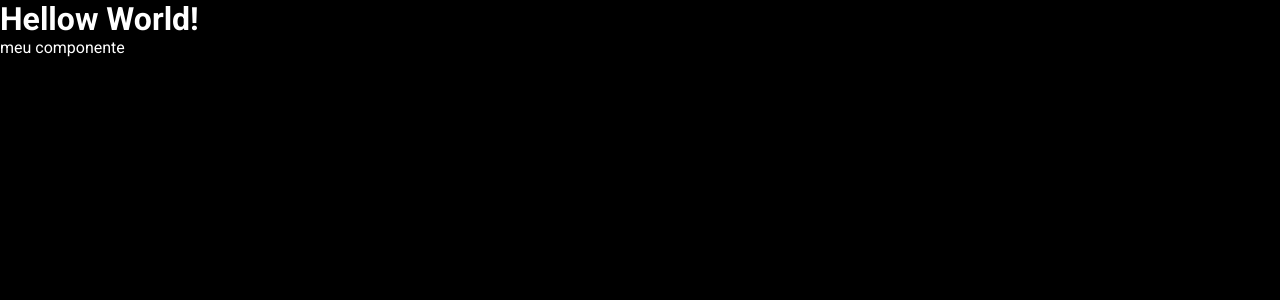
Repository: Vinicius-Atilio/dsmeta
Page: / (app in frontend/)
The author's editor kept a copy of each file at every save. The page is drawn from the files as they stood at one save, then again after the next save.
The browser window is 1280 px wide. The pictures show the whole page.
The project was rebuilt for these pictures with package versions that can differ from the ones it lists, and the page was loaded fresh each time. Also part of the build but not shown: frontend/vite.config.ts.

Above is the page before, as saved 2022-07-13 10:22:10.

### frontend/src/App.tsx
import NotificationButton from './components/NotificationButton';

function App() {
    return (
        <>
            <h1>Hellow World!</h1>
            <NotificationButton />
        </>
    );
}

export default App;

### frontend/src/index.css
@import url('https://fonts.googleapis.com/css2?family=Roboto:wght@300;400;700&display=swap');

* {
    font-family: 'Roboto', sans-serif;
    box-sizing: border-box;
    margin: 0;
    padding: 0;
}

body,
html {
    background-color: #000;
    color: #fff;
}

a,
a:hover,
a:visited {
    color: unset;
    text-decoration: none;
}

### frontend/src/components/NotificationButton/index.tsx
function NotificationButton() {
    return <p>meu componente</p>;
}

export default NotificationButton;

Loaded but not shown: frontend/index.html (common file); frontend/src/main.tsx (common file)

After the next save:
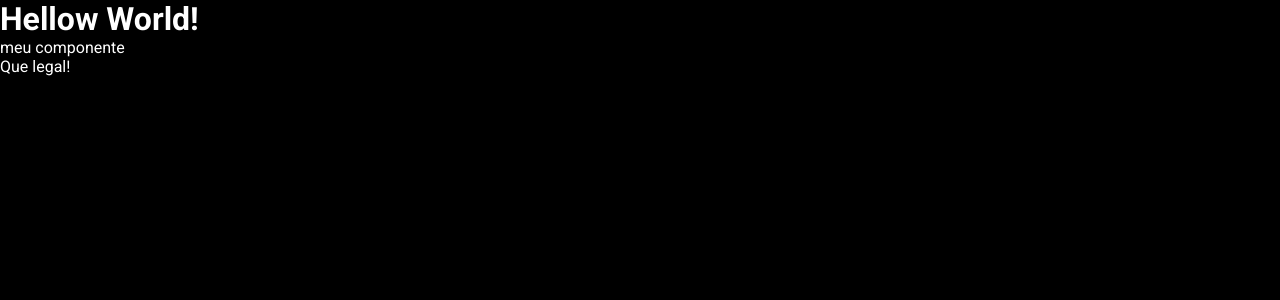
Saved 89 s later.
--- a/frontend/src/components/NotificationButton/index.tsx
+++ b/frontend/src/components/NotificationButton/index.tsx
@@ -1,5 +1,10 @@
 function NotificationButton() {
-    return <p>meu componente</p>;
+    return (
+        <>
+            <p>meu componente</p>
+            <p>Que legal!</p>
+        </>
+    );
 }
 
 export default NotificationButton;
